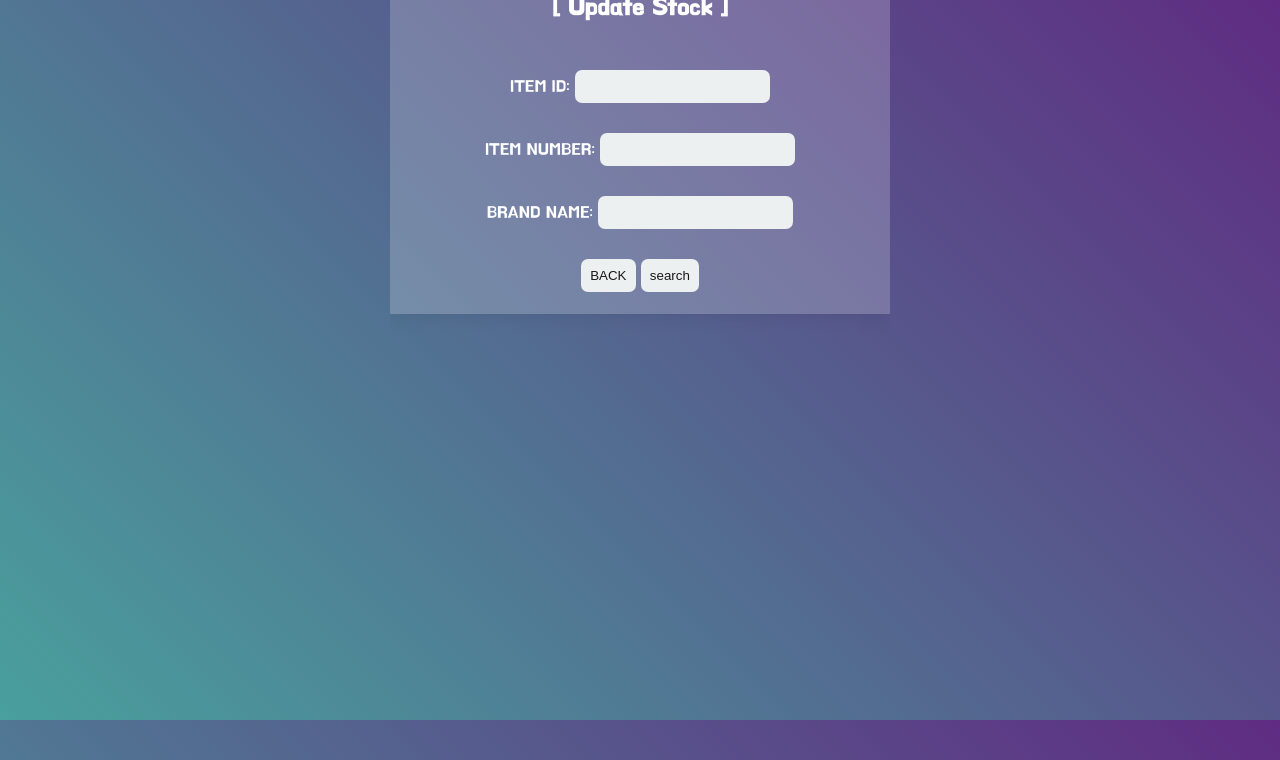
Repository: MIR013/KNU_DB_Project_Team5
Page: dbphase/Databaase/WebContent/update_stock.html
An editor plug-in stored every save of this project. The page is shown before and after the next save, followed by the edit.
The browser window is 1280 px wide. The pictures show the whole page.

Above is the page before, as saved 2018-11-22 11:51:27.

### dbphase/Databaase/WebContent/update_stock.html
<!DOCTYPE html>
<html>
<head>
<meta charset="UTF-8">
<link rel='stylesheet' type='text/css' href='mystyle.css'>
<title>Insert title here</title>
</head>
<body>
<form action="update_stock.jsp" method="POST">
	<div class="container">
	<table>
			<tr>
				<th><h2> [ Update Stock ] </h2></th>
			</tr>
			<tr>
				<td>   ITEM ID: <input type="text" name="itemID"/></td>
			</tr>
			<tr>
				<td> ITEM NUMBER: <input type="text" name="itemName"/></td>
			</tr>
			<tr>
				<td>BRAND NAME: <input type="text" name="brandName"/></td>
			</tr>
			<tr>
				<td><input type="button" value="BACK" onclick="location.href='main_page.jsp'"/>
				 <input type="submit" value="search"/> </td>
			</tr>

	</table>
	</div>
</form>
</body>
</html>

### dbphase/Databaase/WebContent/mystyle.css


@font-face{
	font-family:"hanna";
	src:url("hanna.ttf")format("truetype");
}




input {
   /* width: 18%;*/
    text-align: center;

    padding: 1ex;
    border: 2px solid #ECF0F1;
    transition: border ease 500ms;
    border-radius: 1ex;
    background: #ECF0F1;
    color: #181818;

    &:focus {
      outline: none;
      border: 2px solid #3498DB;
    }

    &:not(:last-child) {
      margin-bottom: 1ex;
    }
}
button {
   color: white;
   border: 2px solid #3498DB;
   background: #3498DB;
}

html,
body {
	height: 100%;
}


body {
	margin: 0;
	background: linear-gradient(45deg, #49a09d, #5f2c82);
	font-family: hanna;
	font-weight: 100;
}

.container {
	height:800px;
	overflow: auto;
	position: absolute;
	top: 50%;
	left: 50%;
	transform: translate(-50%, -50%);
}

table {
	width: 500px;
	overflow: hidden;
	border-collapse: collapse;
	box-shadow: 0 0 20px rgba(0,0,0,0.1);
}

th,
td {
	white-space:nowrap;
	text-align: center;
	padding: 15px;
	background-color: rgba(255,255,255,0.2);
	color: #fff;
	margin-left: auto; margin-right: auto;
}

th {
	text-align: center;
}

thead {
	th {
		background-color: #55608f;
	}
}

tbody {
	tr {
		&:hover {
			background-color: rgba(255,255,255,0.3);
		}
	}
	td {
		position: relative;
		&:hover {
			&:before {
				content: "";
				position: absolute;
				left: 0;
				right: 0;
				top: -9999px;
				bottom: -9999px;
				background-color: rgba(255,255,255,0.2);
				z-index: -1;
			}
		}
	}
}

After the next save:
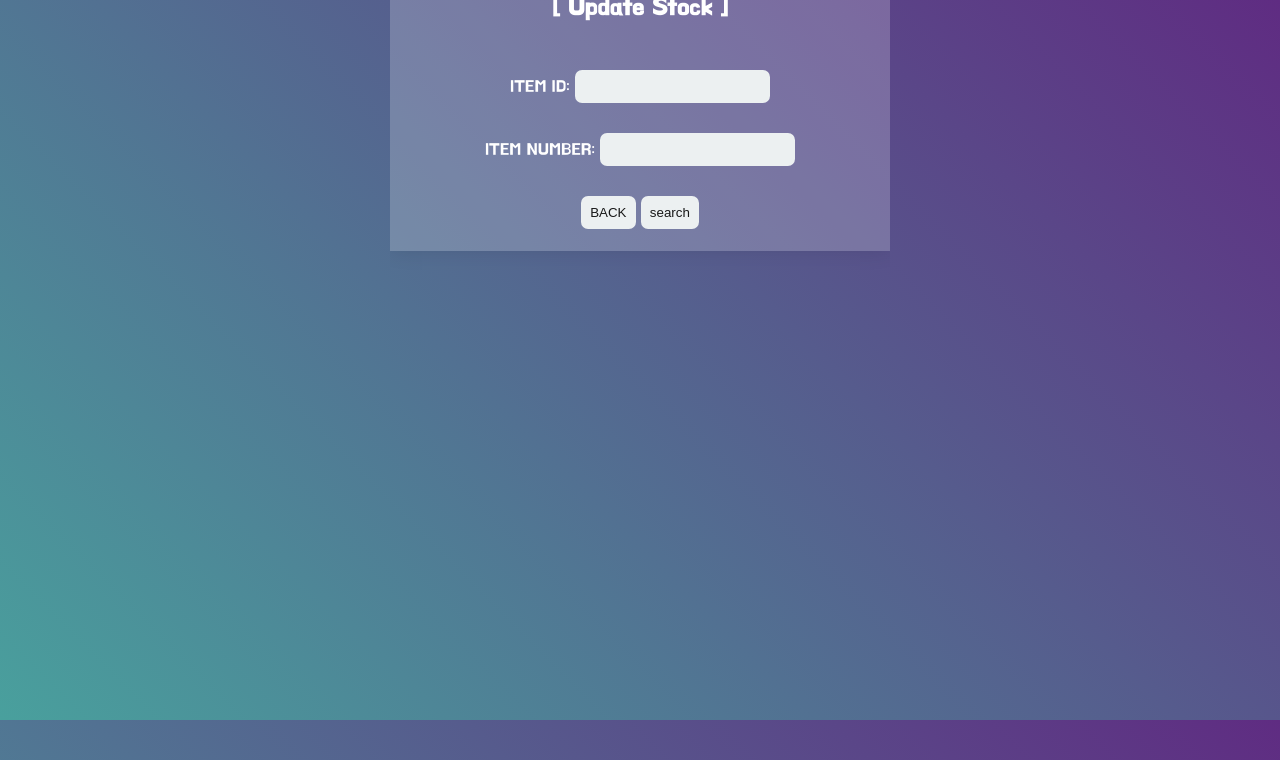
Saved 12 s later.
--- a/dbphase/Databaase/WebContent/update_stock.html
+++ b/dbphase/Databaase/WebContent/update_stock.html
@@ -16,10 +16,7 @@
 				<td>   ITEM ID: <input type="text" name="itemID"/></td>
 			</tr>
 			<tr>
-				<td> ITEM NUMBER: <input type="text" name="itemName"/></td>
-			</tr>
-			<tr>
-				<td>BRAND NAME: <input type="text" name="brandName"/></td>
+				<td> ITEM NUMBER: <input type="text" name="itemNumber"/></td>
 			</tr>
 			<tr>
 				<td><input type="button" value="BACK" onclick="location.href='main_page.jsp'"/>
